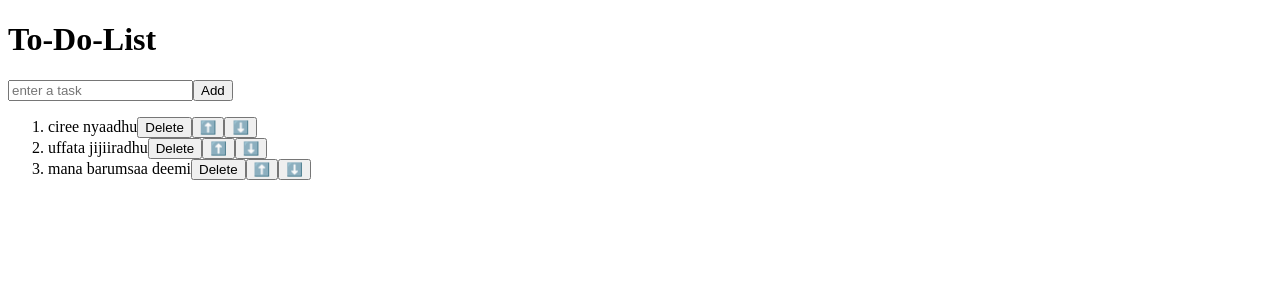
Repository: wakoya-tech/to-do-list-app
Page: /
An editor plug-in stored every save of this project. The page is shown before and after the next save, followed by the edit.
The browser window is 1280 px wide. The pictures show the whole page.
The project was rebuilt for these pictures with package versions that can differ from the ones it lists, and the page was loaded fresh each time. Also part of the build but not shown: vite.config.js, src/App.css, src/index.css.

Above is the page before, as saved 2025-10-16 16:20:57.

After the next save:
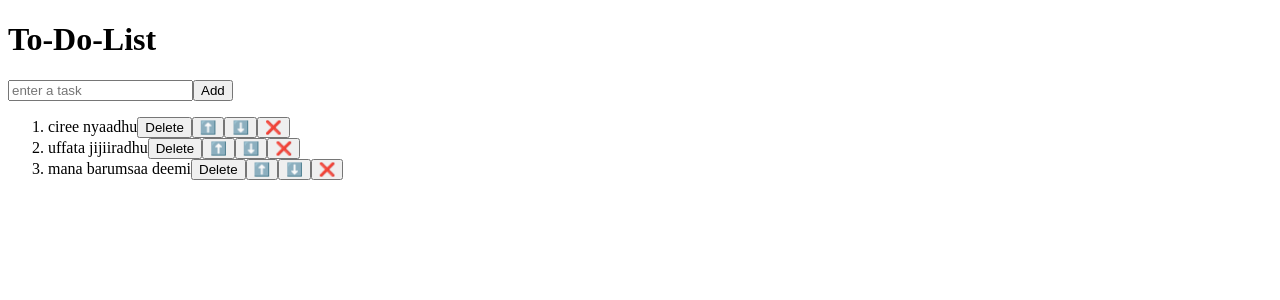
Saved 7 min 5 s later.
--- a/src/ToDoList.jsx
+++ b/src/ToDoList.jsx
@@ -33,6 +33,7 @@ function ToDoList() {
     <button className='delete-button' onChange={deleteTask}>Delete</button>
     <button className='move-up-button'onClick={moveTaskUp}>⬆️</button>
     <button className='move-down-button'onClick={moveTaskDown}>⬇️</button>
+    <button onClick={() => deleteTask(index)}>❌</button>
     </span>
     </li>)}
 </ol>
